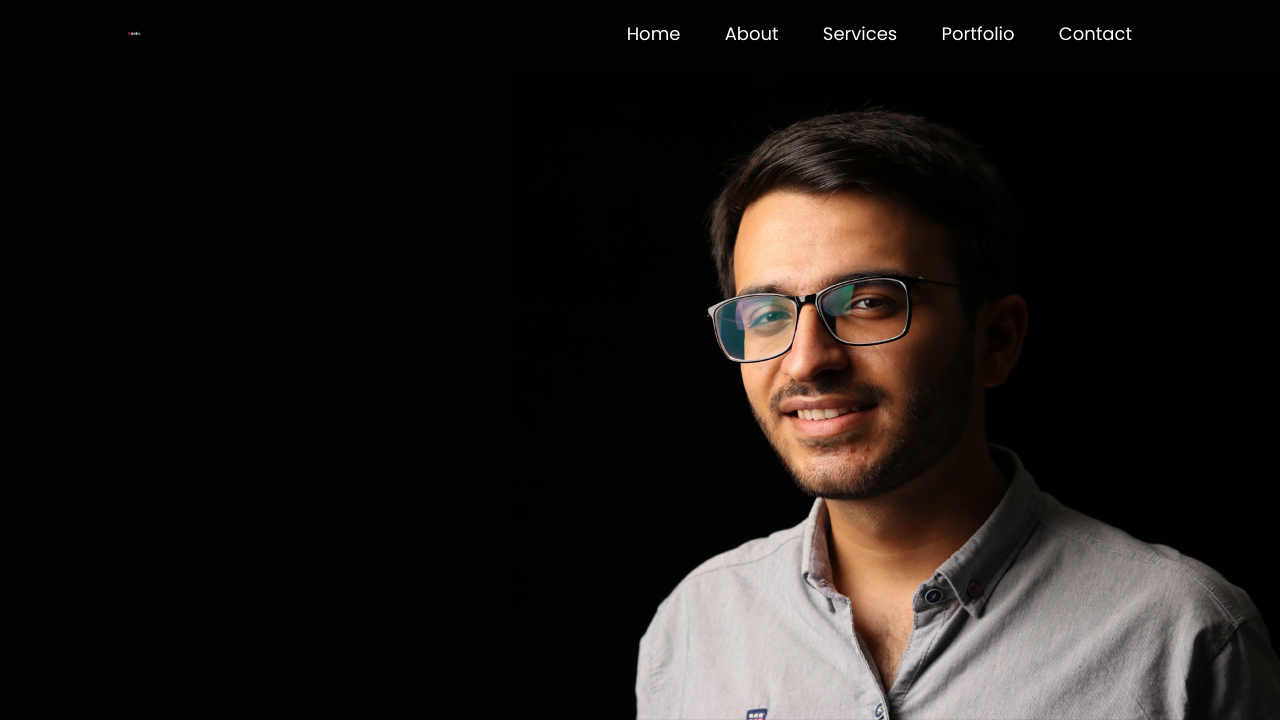
Repository: bryanbraide/Profile-card
Page: index.html
The author's editor kept a copy of each file at every save. The page is drawn from the files as they stood at one save, then again after a run of saves.
The browser window is 1280 px wide. The pictures show the whole page.

Above is the page before, as saved 2025-06-16 14:17:12.

After the next 5 saves:
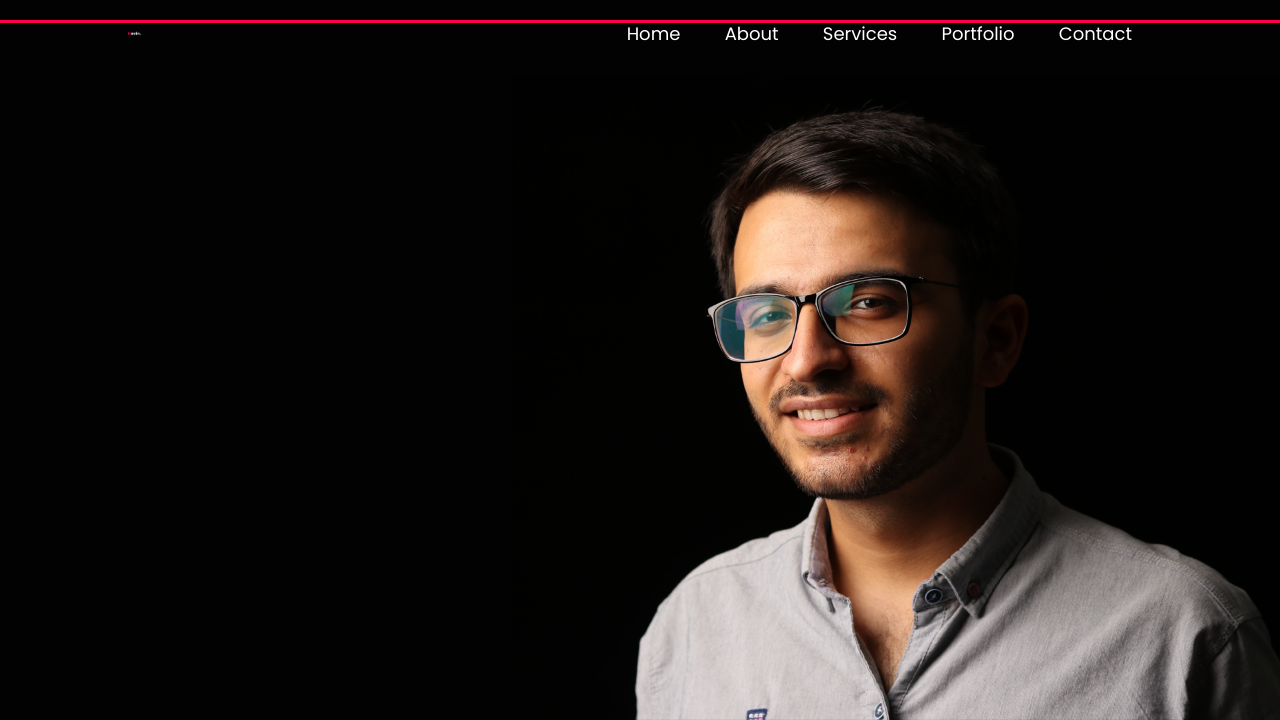
The 5 saves are shown as one change because they came seconds apart.
The last was saved 15 s later.
--- a/style.css
+++ b/style.css
@@ -46,6 +46,8 @@
   width: 100%;
   height: 3px;
   background: #ff004f;
-  position: ;
+  position: absolute;
+  left: 0;
+
 
 }
